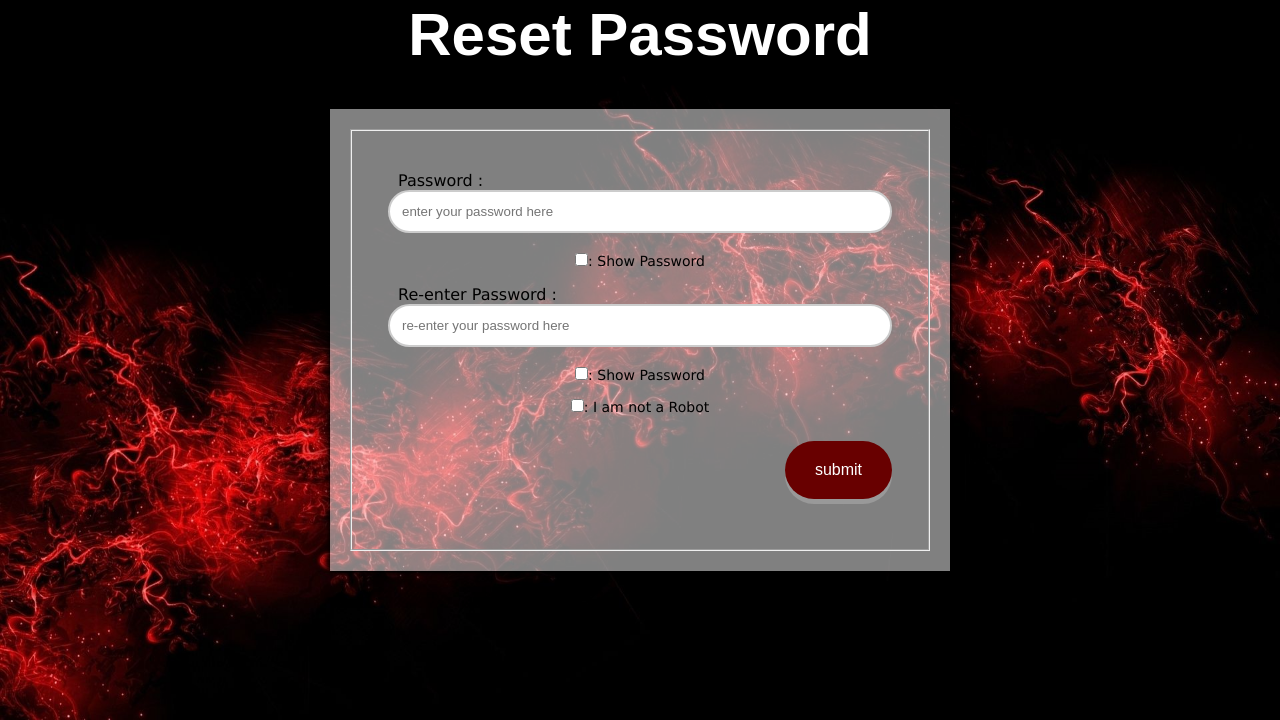
Repository: amila1998/OOP-Group-Assignment-1st-Year-2nd-Semester
Page: http://localhost/OMT/resetPassword.jsp
An editor plug-in stored every save of this project. The page is shown before and after the next save, followed by the edit.
The browser window is 1280 px wide. The pictures show the whole page.
Some web fonts or font styles are not loaded; a fallback is used. The page is served by Tomcat 9. Nobody is signed in. The application's start-up code is not run. Other server files are loaded and not shown.

Above is the page before, as saved 2021-05-24 04:18:26.

### OMT/WebContent/resetPassword.jsp
<%@ page language="java" contentType="text/html; charset=ISO-8859-1"
    pageEncoding="ISO-8859-1"%>
<!DOCTYPE html>
<html>
<head>
<meta charset="ISO-8859-1">
<link rel="stylesheet" type="text/css" href="styles/Default.css">
<link rel="stylesheet" type="text/css" href="styles/resetpassword.css">
<title>Reset Password</title>
</head>
<body>
<center><h1 class="Ttxtstyle">Reset Password</h1>
<section style="width=100%;" class="logingbody">

	<div id="formStyle3">

		<form action="resetpassword" method="POST" >
			<fieldset>
			<div class="col-50">

					<label for="Password">Password :</label>
			<input type="password" id="pwd" name="pwd" placeholder="enter your password here"  required >
			<input type="checkbox" onclick="visiblepass()">:  Show Password

				<script>
				function visiblepass() {
				  var x = document.getElementById("pwd");
				  if (x.type === "password") {
				    x.type = "text";
				  } else {
				    x.type = "password";
				  }
				}
				</script>
			 <br><br>
			<label for="rePassword">Re-enter Password :</label>
			<input type="password" id="rpwd" name="rpwd" placeholder="re-enter your password here" required>
			<input type="checkbox" onclick="visiblepassw()">:  Show Password

				<script>
				function visiblepassw() {
				  var x = document.getElementById("rpwd");
				  if (x.type === "password") {
				    x.type = "text";
				  } else {
				    x.type = "password";
				  }
				}
				</script>


			 <br><br>
			<input type="checkbox" id="policy" name="policy" required onclick ="enableButton2()">:  I am not a Robot
			<br><br>
			<input name="register" class="Btn1" type="submit" id="btn2" name="btn2"  value="submit" disable><br>


			<script>function enableButton2(){

						if(document.getElementById("policy").checked){
							if(document.getElementById("pwd").value != document.getElementById("rpwd").value ){

								alert("password are mismatched!!");
								document.getElementById("policy").checked = false;
							}
							else{
							}

							document.getElementById("btn2").disabled= false;//this means submit button is enabled
						}
						else{
							document.getElementById("btn2").disabled= true;

						}
					}
		</script>
		</div>
		</fieldset>
		</form>


    </div>

</section>

</center>


</body>
</html>

### OMT/WebContent/styles/Default.css
@charset "ISO-8859-1";

* {
  box-sizing: border-box;
  margin: 0;
  padding: 0;
}

body {
  font-family: roboto, sans-serif;
  background-image: url("../images/bg.jpg");
  background-repeat: repeat;
  background-attachment: fixed;
  background-size: 100%;
}

/*start of header*/
#mainHeader {
  width: 100%;
  display:flex;
  justify-content: space-between;
  padding: 0px 10px;
  width: 100%;
  position:fixed;
  top: 0px;
  background: #eee;
  transition: background 0.4s;
  z-index: +1;
}

#mainHeader.is-sticky {
  background: #333;
}

#mainHeader.is-sticky a {
  color:#eee;
}

#mainHeader.is-sticky .logo img {
  height:64px;
}

#mainHeader.is-sticky .Plogo img {
  margin-top:10px;
}

#mainHeader.is-sticky .SearchPadding {
  padding:5px 20px;

}
.logo img {
  height: 84px;
  transition: height 0.4s;
}
.Plogo img {
  height: 50px;
  margin-top:18px;
  transition:0.4s;
}
#mainHeader .SearchPadding{
	padding:10px 10px;
	transition:0.4s;
}
#mainHeader .searchForm {
  float: middle;
  padding: 6px 20px;
  margin-top: 15px;
  background: none;
  font-size: 17px;
  border: none;
  cursor: pointer;
  display:flex;
}

.searchTxt
{
  background-color: white;
  border: none;
  padding: 5.5px 10px;
  text-decoration: none;
  display: inline-block;
  font-size: 12px;
  width:400px;
}
.searchBT:hover {
  background-color:#66ff66;
  cursor: pointer;
}

.searchBT {
  background-color: #00cc00;
  border: none;
  color: white;
  padding: 5px 10px;
  text-align: center;
  text-decoration: none;
  display: inline-block;
  font-size: 14px;
}




/*End of header*/

/* start editing horizontal menu*/
#menu {
	 margin-top: 84px;
	 width: 100%;
}



ul.menu {
  list-style-type: none;
  margin: 0;
  padding: 0;
  overflow: hidden;
  background-color: #333;
}

li.menu1 {
  float: left;
}
li.menu2 {
  float: right;
}

#menu li a   {
	/* When you have li and a together this will work*/
  display: block;
  color: white;
  text-align: center;
  padding: 14px 16px;
  text-decoration: none;
}

/* Change the link color to pink on hover
When you move the curser to a menu item it will highlighted with pink*/
#menu  li a:hover {
  background-color: gray;
}
/*============================================================================*/
/*Start of footer*/

div.Bfooter{
	display:table;
	width:100%;
	height:auto;
}
#mainFooter {
  display:flex;
  justify-content: space-between;
  bottom:0px;
  padding:10px 30px;
  width: 100%;
  background: #333;
  color:white;
  position:fixed;


}
#mainFooter .FtopPadding{
	padding-top:10px;
}
.SocialLogos img {

	width:30px;
	height:30px;
}
#mainFooter ul.SocialLogos {
  list-style-type: none;
  margin: 0;
  padding:0;
  overflow: hidden;
}
#mainFooter li.SocialLogos {
  float: left;
}
#mainFooter li a {
  display: block;
  color: white;
  text-align: center;
  padding: 14px 16px;
  text-decoration: none;
}

.DateandTime{
	font-family:"Arial Black", Gadget, sans-serif;


}
.copyRSing{
	font-family:"Comic Sans MS", cursive, sans-serif;
	padding-left:90px;
}
#Footer2 {
  display:flex;
  justify-content: space-between;
  padding: 10px 16px;
  width: 100%;
  background: #14141f;
  color:white;
  margin-bottom:50px;

}
#Footer2 ul.style {
  list-style-type: none;
  overflow: hidden;
  padding-bottom:40px;
}
#Footer2 li a{
	color: white;
  text-align: left;
  padding: 14px 16px;
  text-decoration: none;
  font-style: italic;
}
#Footer2 li a:hover {
  color: gray;
}

#Footer2 .Txtstyle{
	font-family:"Comic Sans MS", cursive, sans-serif;
	font-size:24px;
	line-height: 1.8;
}
#Footer2 .Txtstyle2{
	padding-top:90px;
	font-family:"Comic Sans MS", cursive, sans-serif;
	font-size:24px;
	line-height: 1.8;
}

#Footer2 ul.proFBBt {
  background-color: #00cc00;
  border: none;
  color: white;
  padding: 20px 50px;
  text-align: center;
  text-decoration: none;
  display: inline-block;
  font-size: 14px;
  list-style-type: none;
  margin: 0;
  overflow: hidden;
}

#Footer2 .btpadding{
	padding-top:50px;
	padding-left:20px;
}
/*============================================================================*/

h1.Ttxtstyle{
	color:white;
	font-family:"Arial Black", Gadget, sans-serif;
	text-shadow:1px 1px 2px black, 0 0 25px black, 0 0 5px black;
	font-size:60px;
}

section {
	padding:20px 20px;
}

/*DIV sections*/
.row {
  display: flex;
  flex-wrap: wrap;
  margin: 0 -16px;
}



.col-25 {
  flex: 25%;
}

.col-50,
.coll-50 {
   flex: 50%;
}

.col-75 {
  flex: 75%;
}

.col-25,
.col-50,
.col-75 {
  padding: 20px 16px;
}
/*--------------------------------------------------------------------------------------*/
/*Form*/
fieldset{
	padding:20px 20px;
}

legend{
	font-size:22px;
	font-weight:bold;
}

#formStyle1.style2{
	font-family:"Arial Black", Gadget, sans-serif;
	font-size:30px;
}

#formStyle1 label,
#formStyle3 label {
  display: block;
  font-size:16px;
  float:left;
  margin-left:10px;
}

#formStyle4 label{
  float:center;
  display: block;
  font-size:16px;
  margin-left:10px;
  margin-bottom:30px;
}

#formStyle2 label{
	 font-family: "Comic Sans MS", cursive, sans-serif;
	 font-weight:bold;
    font-size: 22px;
    line-height: 1.15;
    margin: 0;
	 width:100%;
}
#formStyle6 input[type=text],
#formStyle6 input[type=email],
#formStyle3 input[type=email],
#formStyle3  input[type= password],
#formStyle1  input[type= password],
#formStyle1  input[type= number],
#formStyle1 input[type=file],
#formStyle1 input[type=number]
#formStyle4 input[type=email],
#formStyle1 input[type=email],
#formStyle1 input[type=month],
#formStyle1 input[type=date],
#formStyle1 input[type=text],
#formStyle1 input[type=tel],
#formStyle3 input[type=text],
#formStyle4 input[type=tel],
#formStyle4 input[type=text],
#formStyle1 select{
  width: 100%;
  margin-bottom: 20px;
  padding: 12px;
  border: 2px solid #ccc;
  border-radius: 50px;
}

#formStyle6 input:active[type=text],
#formStyle6 input:active[type=email],
#formStyle3  input:active[type= password],
#formStyle3  input:active[type= email],
#formStyle1 input:active[type=file],
#formStyle1 input:active[type=number],
#formStyle1 input:active[type=month],
#formStyle1 input:active[type=text],
#formStyle3 input:active[type=text],
#formStyle4 input:active[type=text],
#formStyle4 input:active[type=text],
#formStyle1 select:active{
    border: 2px solid #808080;
	outline:none;
}

#formStyle3  input[type= radio]{
  margin-bottom: 20px;
  padding: 12px;
  border: 1px solid #ccc;
  border-radius: 3px;
  justify-content: space-between;
  margin-left:20px;
  outline:none;
}
#formStyle6 textarea,
#formStyle1 textarea{
  width: 100%;
  margin-bottom: 20px;
  padding: 12px;
  border: 1px solid #ccc;
  border-radius: 3px;
  height:80px;
  font-family:Verdana;
  border-radius:50px;
  outline:none;
  resize: vertical;

}

#formStyle1 form,
#formStyle2 form,
#formStyle3 form,
#formStyle4 form{
	padding:20px;
	background-color: rgba(255, 255, 255,0.5);
	font-size:14px;
	font-family:Verdana;
	color:black;
	margin:20px;
	box-shadow:1px 1px 2px black, 0 0 25px black, 0 0 5px black;
	outline: none;
	border:none;

}
#formStyle6 form{
	font-size:14px;
	font-family:Verdana;
	outline: none;
	border:none;
	padding:20px;
}

#formStyle1 form,
#formStyle4 form{
	width:99%;
}

#formStyle2 form{
	width:95%;
}

#formStyle3 form{
	width:50%;
	align-items: center;
	position:center;

}


.Btn,
.Btn1,
.Btn2,
.Btn3,
.Btn4,
.Btn5{

	padding:20px 30px;
	font-size: 16px;
  text-align: center;
  cursor: pointer;
  outline: none;
  color: #fff;
  background-color: #680000;
  border: none;
  border-radius: 30px;
  box-shadow: 0 5px #999;
  margin-bottom:30px;
  margin-top:10px;
  margin-left:20px;



}



.Btn:active,
.Btn1:active,
.Btn3:active,
.Btn2:active,
.Btn4:active,
.Btn5:active,
.Btn6:active{
	background-color: #ff6a6f;
  box-shadow: 0 3px #666;
  transform: translateY(4px);
}

.Btn:hover,
.Btn1:hover,
.Btn3:hover,
.Btn2:hover,
.Btn4:hover,
.Btn5:hover{
	background-color: #ff6a6f
}
.Btn,
.Btn1{
	float:right;
}

.Btn2{
	float:left;
}
.Btn3{
	margin-bottom:20px;

}
.Btn4{
	margin-left:10px;

}

### OMT/WebContent/styles/resetpassword.css
@charset "ISO-8859-1";


.invalid {
  background-color: red;
  text-align: center;
  color:white;
  padding:10px;
   border-radius: 25px;
}

After the next save:
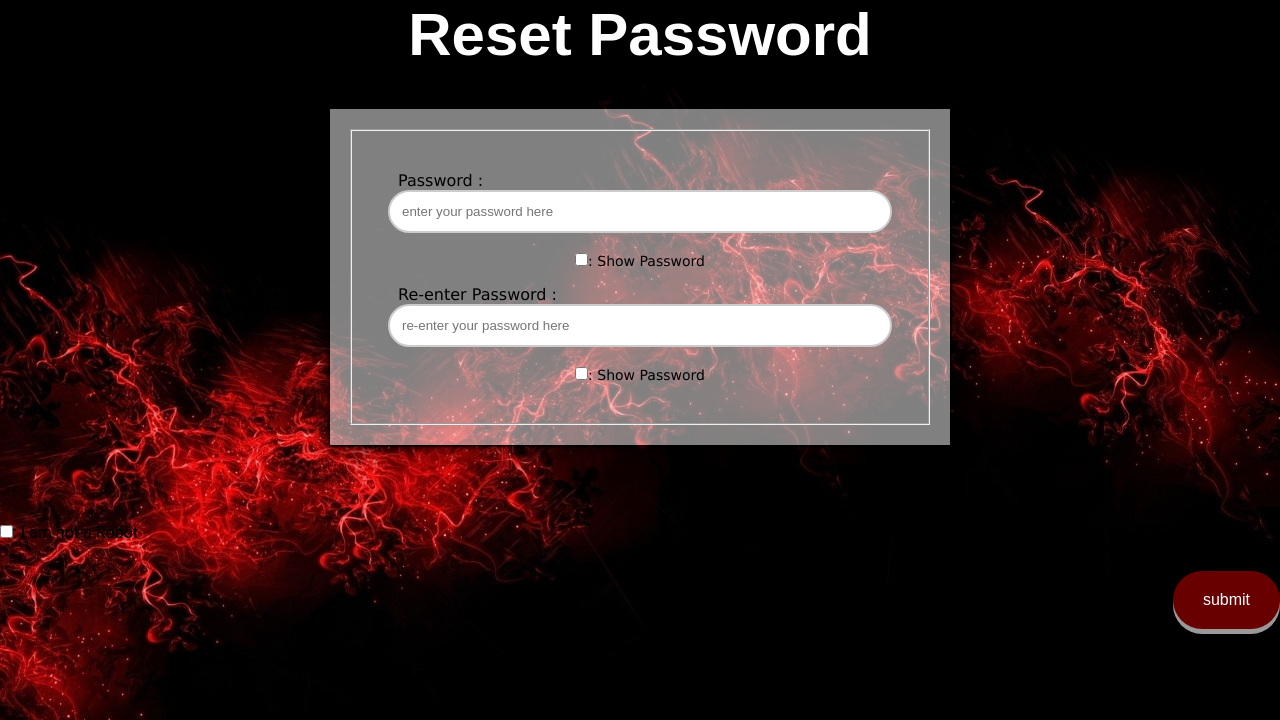
Saved 48 s later.
--- a/OMT/WebContent/resetPassword.jsp
+++ b/OMT/WebContent/resetPassword.jsp
@@ -48,7 +48,7 @@
 				}
 				</script>
 
-
+			</center>
 			 <br><br>
 			<input type="checkbox" id="policy" name="policy" required onclick ="enableButton2()">:  I am not a Robot
 			<br><br>
@@ -83,7 +83,7 @@
 
 </section>
 
-</center>
+
 
 
 </body>

After the save that followed:
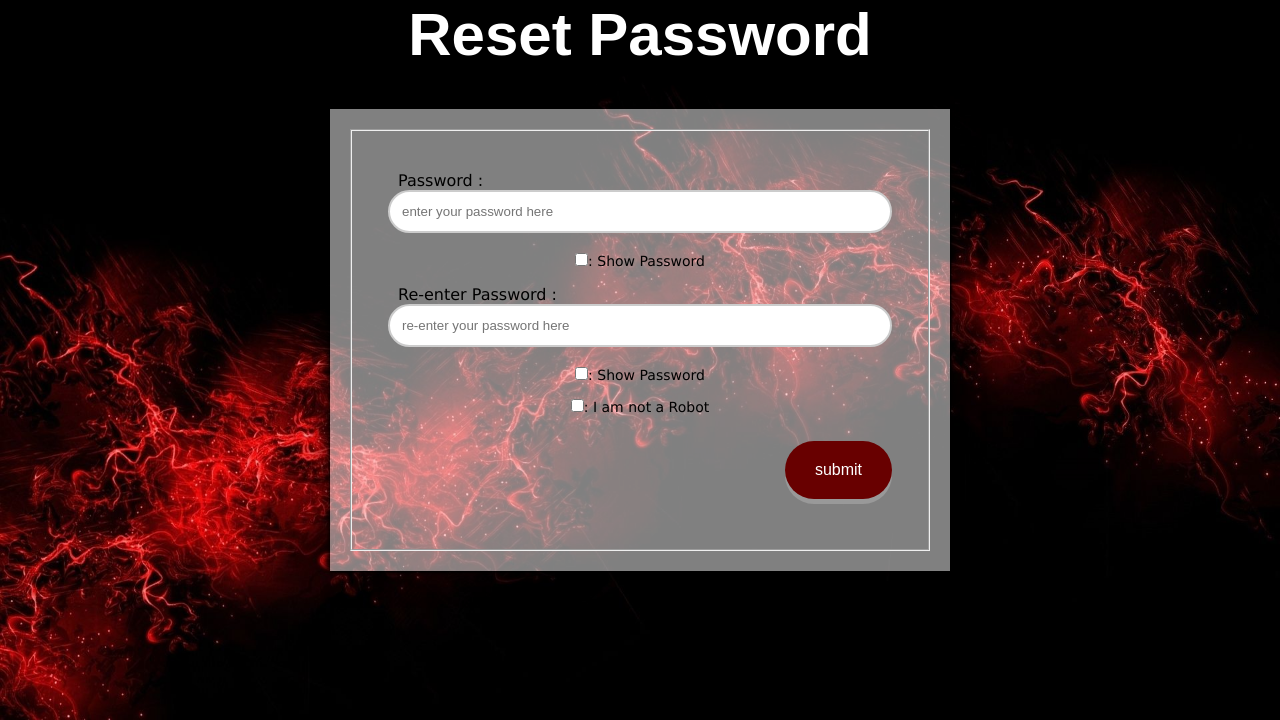
Saved 33 s later.
--- a/OMT/WebContent/resetPassword.jsp
+++ b/OMT/WebContent/resetPassword.jsp
@@ -48,7 +48,7 @@
 				}
 				</script>
 
-			</center>
+
 			 <br><br>
 			<input type="checkbox" id="policy" name="policy" required onclick ="enableButton2()">:  I am not a Robot
 			<br><br>
@@ -78,7 +78,7 @@
 		</fieldset>
 		</form>
 
-
+		</center>
     </div>
 
 </section>
